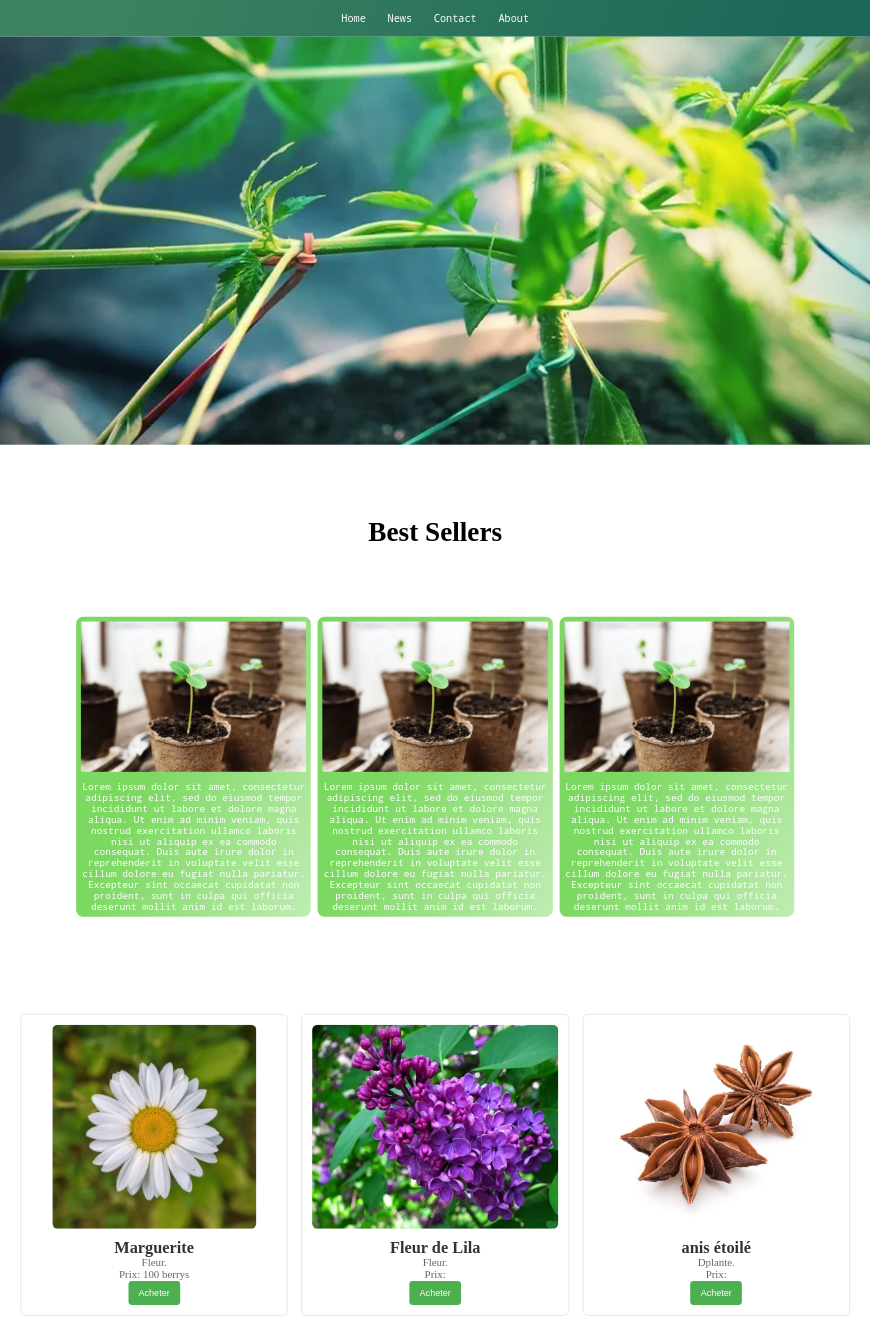
Repository: Flexo874/ISITECH-HTML-CSS
Page: index.html
An editor plug-in stored every save of this project. The page is shown before and after the next save, followed by the edit.
The browser window is 1280 px wide. The pictures show the whole page, at 68% of full size.

Above is the page before, as saved 2024-01-02 16:40:09.

### index.html
<!DOCTYPE html>
<html>
<head>
    <title>Navigation Bar</title>
     <link rel="stylesheet" type="text/css" href="./style.css">
</head>
<body>
    <ul>
        <li><a href="#home">Home</a></li>
        <li><a href="#news">News</a></li>
        <li><a href="#contact">Contact</a></li>
        <li><a href="#about">About</a></li>
    </ul>


    <div class="plant-img">
        <!-- Grande image à afficher en dessous de la barre de navigation -->
        <img src="images/Step-8-If-You-Want-You-Can-Train-Your-Cannabis-Plants-To-Increase-Yield.webp">
    </div>

    <h1 > Best Sellers</h1>



    <div class="container">

            <div class="item">
                <a>
                <img src="images/semis-prêt-à-être-planté-dans-le-jardin.webp" alt="Logo">
                <p>Lorem ipsum dolor sit amet, consectetur adipiscing elit, sed do eiusmod tempor incididunt ut labore et dolore magna aliqua. Ut enim ad minim veniam, quis nostrud exercitation ullamco laboris nisi ut aliquip ex ea commodo consequat. Duis aute irure dolor in reprehenderit in voluptate velit esse cillum dolore eu fugiat nulla pariatur. Excepteur sint occaecat cupidatat non proident, sunt in culpa qui officia deserunt mollit anim id est laborum.</p>
                </a>
            </div>
            <div class="item">
                <a>
                <img src="images/semis-prêt-à-être-planté-dans-le-jardin.webp" alt="Logo">
                <p>Lorem ipsum dolor sit amet, consectetur adipiscing elit, sed do eiusmod tempor incididunt ut labore et dolore magna aliqua. Ut enim ad minim veniam, quis nostrud exercitation ullamco laboris nisi ut aliquip ex ea commodo consequat. Duis aute irure dolor in reprehenderit in voluptate velit esse cillum dolore eu fugiat nulla pariatur. Excepteur sint occaecat cupidatat non proident, sunt in culpa qui officia deserunt mollit anim id est laborum.</p>
                </a>
            </div>
            <div class="item">
                <a>
                <img src="images/semis-prêt-à-être-planté-dans-le-jardin.webp" alt="Logo">
                <p>Lorem ipsum dolor sit amet, consectetur adipiscing elit, sed do eiusmod tempor incididunt ut labore et dolore magna aliqua. Ut enim ad minim veniam, quis nostrud exercitation ullamco laboris nisi ut aliquip ex ea commodo consequat. Duis aute irure dolor in reprehenderit in voluptate velit esse cillum dolore eu fugiat nulla pariatur. Excepteur sint occaecat cupidatat non proident, sunt in culpa qui officia deserunt mollit anim id est laborum.</p>
                </a>
            </div>
    </div>

    <section class="produits">
        <!-- Produit 1 -->
        <div class="produit">
            <img src="images/Leucanthemum_vulgare.webp" alt="Produit 1">
            <h3>Marguerite</h3>
            <p>Fleur.</p>
            <p>Prix: 100 berrys</p>
            <button>Acheter</button>
        </div>
        <div class="produit">
            <img src="images/1676375528_249_Belle-signification-et-symbolisme-de-la-couleur-de-la-fleur.webp" alt="Produit 1">
            <h3>Fleur de Lila</h3>
            <p>Fleur.</p>
            <p>Prix: </p>
            <button>Acheter</button>
        </div>
        <div class="produit">
            <img src="images/anis-étoilé-spice-de-fruits-et-de-graines-isolé-sur-fond-blanc.webp" alt="Produit 1">
            <h3>anis étoilé</h3>
            <p>Dplante.</p>
            <p>Prix: </p>
            <button>Acheter</button>
        </div>

    </section>





</body>
</html>

### style.css
*{
    margin: 0;
    padding: 0;

}
ul {
    list-style-type: none;
    margin: 0;
    padding: 0;
    overflow: hidden;
    background-image: linear-gradient( 109.6deg,  rgba(61,131,97,1) 11.2%, rgba(28,103,88,1) 91.1% );
    display: flex;
    list-style: none;
    box-sizing: border-box  ;
    justify-content: center;
}

li {
    position: relative;

}

li a {
    display: block;
    color: white;
    text-align: center;
    padding: 18px 16px;
    text-decoration: none;
    font-size: 15px;
    transition: .4s ease-in-out;
    position: center;
    font-family: "Noto Mono", monospace;

}

li a:hover {
    background-color: #111;
    border-radius: 5px;

}

.plant-img img{
    width: 100%;
    height: 600px;
    object-fit: cover;
    overflow: hidden;
}




h1 {
    padding: 40px;
    padding-bottom: 0;
    margin-bottom: 0;
    margin-top:60px;
    text-align: center;
    font-weight: bold;
    font-size: 40px;
}



.container {

    display: flex;
    grid-template-columns: repeat(3, 1fr);
    grid-auto-rows: minmax(300px, auto);
    gap: 10px;
    padding: 10px;;
    margin-top: 0;
    margin: 8%;
    padding-top: 0;
}


.item {
    align-items: center;
    justify-content: center;
    border-radius: 10px;
    display: flex;
    justify-content: center;
    align-items: center;
    background-image: linear-gradient( 117deg,  rgba(123,216,96,1) 39.2%, rgba(255,255,255,1) 156.2% );
}



.item a {
    margin: 7px;
}

.item a:hover {
    color: white;
}


.item img {
    max-width: 100%;
    height: auto;

}

.item p {
    margin-top: 10px;
    text-align: center;
    color: white;
    font-family: "Noto Mono", monospace;
    font-size: 14px;
}

.produits {
    display: flex;
    flex-wrap: wrap;
    justify-content: space-around;
    padding: 20px;

}

.produit {
    background-color: #fff;
    border: 1px solid #ddd;
    border-radius: 8px;
    margin: 10px;
    padding: 15px;
    text-align: center;
    transition: transform 0.3s ease-in-out;
    width: calc(33.33% - 20px);
    box-sizing: border-box;
    background-color: #fff;
    border: 1px solid #ddd;
    border-radius: 8px;
    margin: 10px;
    padding: 15px;
    text-align: center;
    transition: transform 0.3s ease-in-out;
}

.produit:hover {
    transform: scale(1.05);
}

.produit img {
    max-width: 100%;
    height: 300px;
    border-radius: 8px;
}

.produit h3 {
    margin-top: 10px;
    font-size: 1.5em;
    color: #333;
}

.produit p {
    color: #666;
}

.produit button {
    background-color: #4CAF50;
    color: #fff;
    padding: 10px 15px;
    border: none;
    border-radius: 5px;
    cursor: pointer;
}

.produit button:hover {
    background-color: #45a049;
}

After the next save:
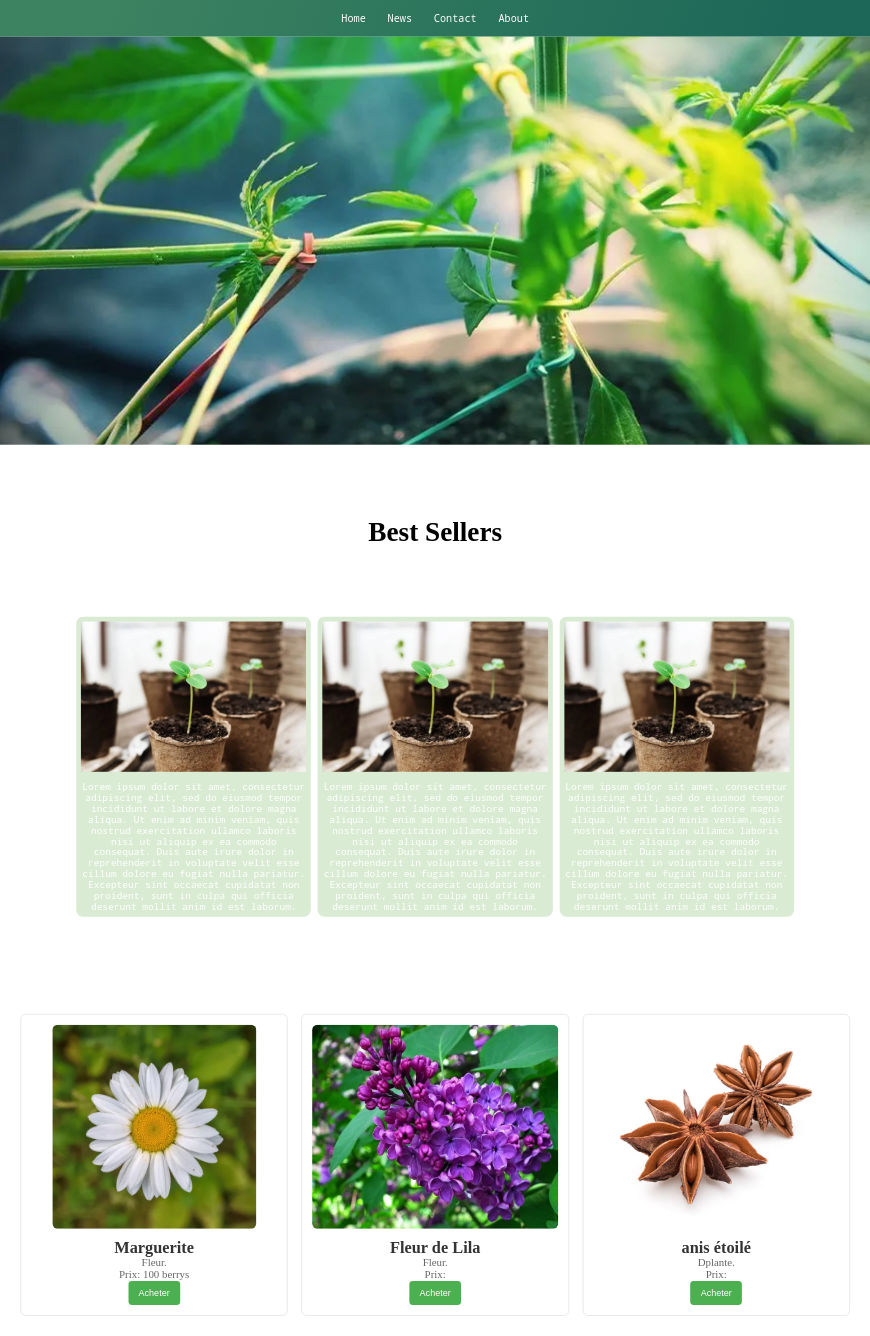
Saved 44 min 26 s later.
--- a/style.css
+++ b/style.css
@@ -81,7 +81,7 @@ h1 {
     display: flex;
     justify-content: center;
     align-items: center;
-    background-image: linear-gradient( 117deg,  rgba(123,216,96,1) 39.2%, rgba(255,255,255,1) 156.2% );
+    background-color:#d9ecd3;
 }
 
 
